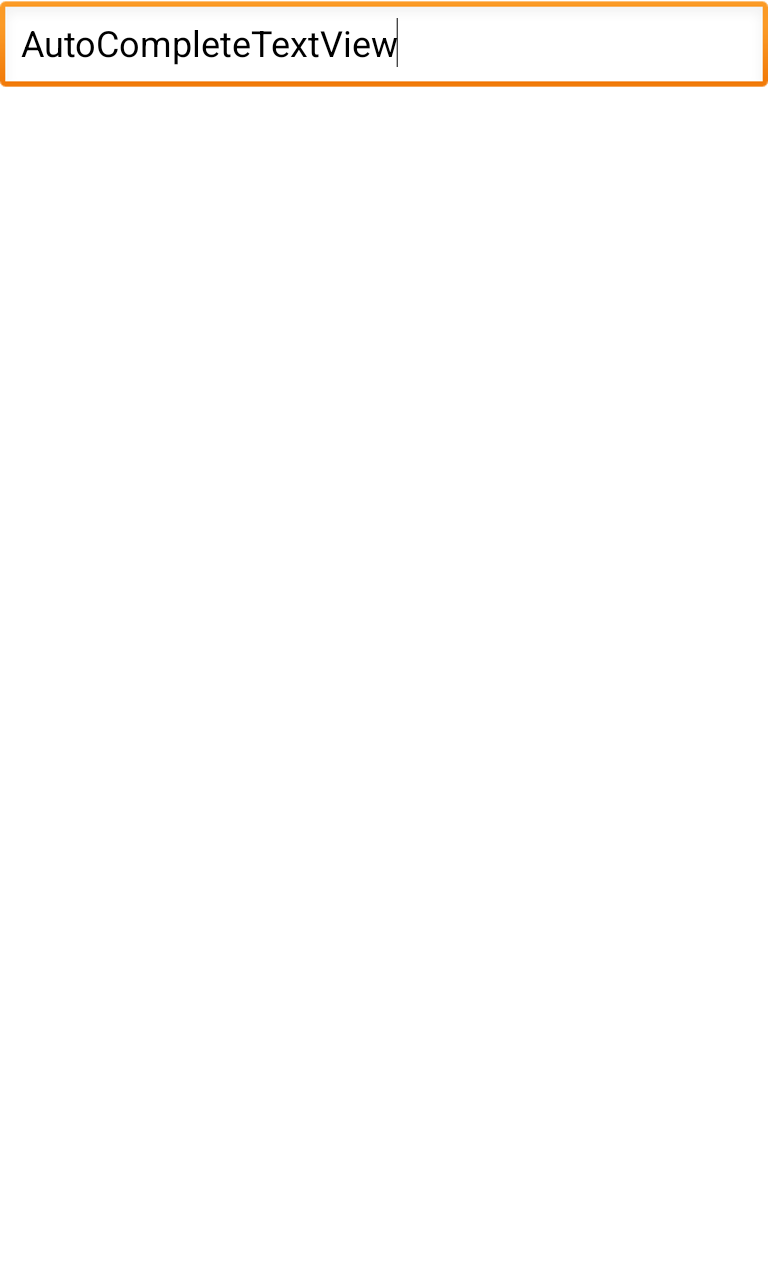
Repository: vinothsridhar/CrickBuzzChallenge
Layout: CricBuzzAndroidApp/res/layout/activity_playlist.xml
An editor plug-in stored every save of this project. The layout is shown before and after the next save, followed by the edit.
It is drawn on a 768 x 1280 px phone screen (xhdpi) without system bars, with theme AppTheme; the app's code is not run.

Above is the layout before, as saved 2014-12-20 17:09:12.

### CricBuzzAndroidApp/res/layout/activity_playlist.xml
<RelativeLayout xmlns:android="http://schemas.android.com/apk/res/android"
    xmlns:tools="http://schemas.android.com/tools"
    android:layout_width="match_parent"
    android:layout_height="match_parent" >

    <AutoCompleteTextView
        android:id="@+id/playerSearch"
        android:layout_width="fill_parent"
        android:layout_height="wrap_content"
        android:ems="10"
        android:gravity="center_vertical"
        android:layout_marginBottom="5dp"
        android:text="AutoCompleteTextView" >

        <requestFocus />
    </AutoCompleteTextView>

    <ScrollView
        android:layout_width="fill_parent"
        android:layout_height="fill_parent"
        android:layout_below="@+id/playerSearch" >

        <LinearLayout
            android:id="@+id/playlistLayout"
            android:layout_width="fill_parent"
            android:layout_height="wrap_content"
            android:orientation="vertical" >
        </LinearLayout>
    </ScrollView>

</RelativeLayout>

### CricBuzzAndroidApp/res/values/styles.xml
<resources xmlns:android="http://schemas.android.com/apk/res/android">
    <style name="AppBaseTheme" parent="@android:style/Theme.Light.NoTitleBar">
    </style>

    <style name="AppTheme" parent="AppBaseTheme">
    </style>

    <style name="BoldText">
        <item name="android:textSize">@dimen/medium_text</item>
        <item name="android:textStyle">bold</item>
        <item name="android:padding">5dp</item>
    </style>

    <style name="TitleText">
        <item name="android:textSize">@dimen/big_text</item>
        <item name="android:background">@color/black</item>
        <item name="android:textColor">@color/white</item>
        <item name="android:textStyle">bold</item>
        <item name="android:gravity">center_vertical</item>
        <item name="android:padding">5dp</item>
    </style>

    <style name="TitleIcon" parent="@android:style/Widget.TabWidget">
        <item name="android:gravity">center_vertical</item>
        <item name="android:background">@drawable/tab_holo</item>
        <item name="android:paddingLeft">5dp</item>
        <item name="android:paddingRight">5dp</item>
    </style>

    <style name="TotalText" parent="BoldText">
        <item name="android:textColor">@color/black</item>
        <item name="android:background">@color/yellow</item>
        <item name="android:weightSum">2</item>
        <item name="android:gravity">center</item>
    </style>

    <style name="PlayerNameText">
        <item name="android:textColor">@color/black</item>
        <item name="android:textSize">@dimen/big_text</item>
        <item name="android:paddingLeft">10dp</item>
        <item name="android:textStyle">bold</item>
    </style>

    <style name="Button">
        <item name="android:width">60dp</item>
        <item name="android:height">40dp</item>
        <item name="android:textColor">@color/white</item>
        <item name="android:textSize">@dimen/medium_text</item>
        <item name="android:padding">5dp</item>
        <item name="android:textStyle">bold</item>
        <item name="android:background">@drawable/button_item</item>
    </style>

</resources>

### CricBuzzAndroidApp/res/values/colors.xml
<?xml version="1.0" encoding="utf-8"?>
<resources>
    <color name="black">#000000</color>
    <color name="white">#ffffff</color>
    <color name="yellow">#FFCC00</color>
    <color name="red">#F45454</color>
</resources>

After the next save:
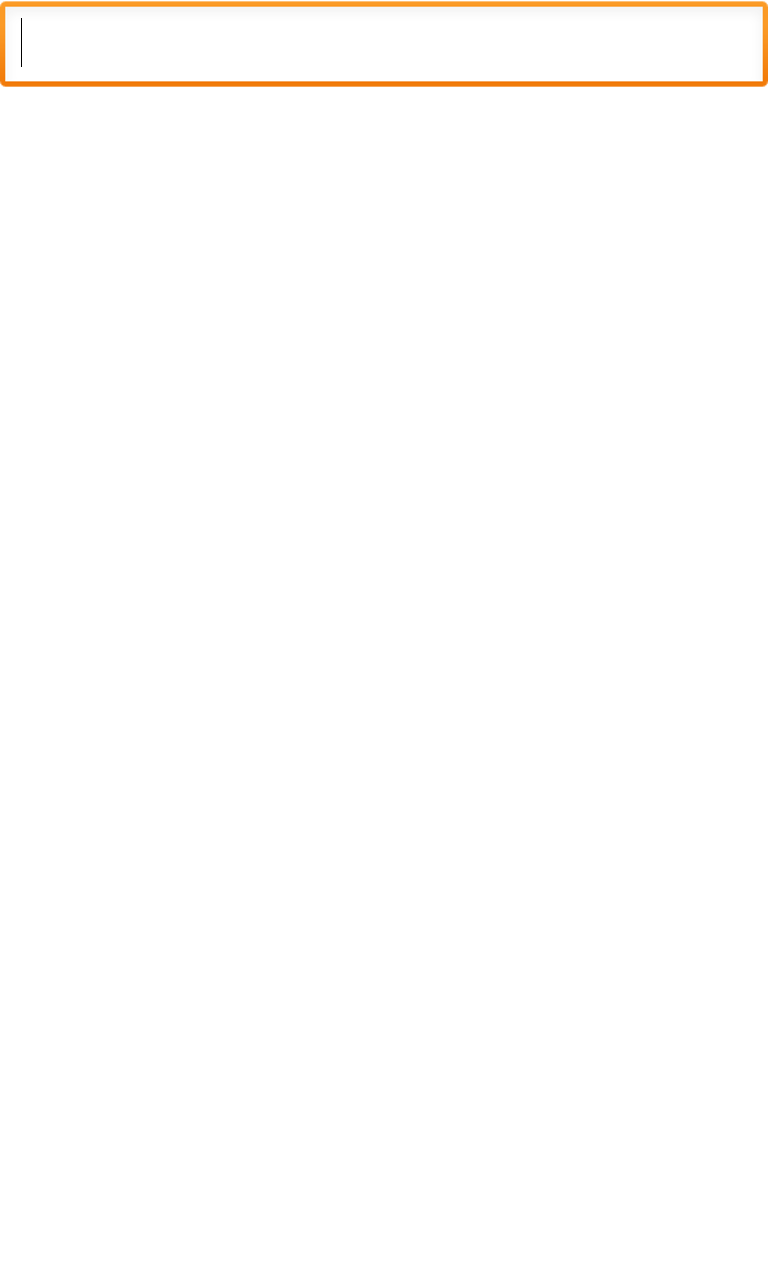
Saved 5 min 59 s later.
--- a/CricBuzzAndroidApp/res/layout/activity_playlist.xml
+++ b/CricBuzzAndroidApp/res/layout/activity_playlist.xml
@@ -10,7 +10,7 @@
         android:ems="10"
         android:gravity="center_vertical"
         android:layout_marginBottom="5dp"
-        android:text="AutoCompleteTextView" >
+        android:textColor="@color/black" >
 
         <requestFocus />
     </AutoCompleteTextView>
